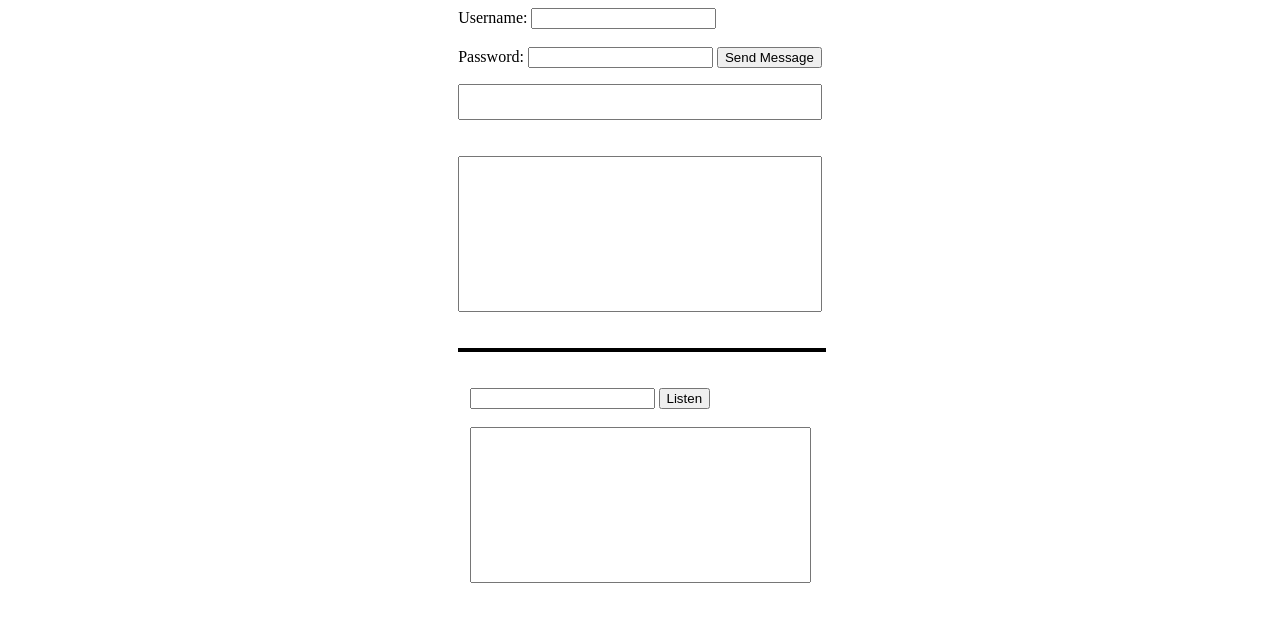
Repository: hosua/it-202
Page: http://localhost/
An editor plug-in stored every save of this project. The page is shown before and after the next save, followed by the edit.
The browser window is 1280 px wide. The pictures show the whole page.
The page is run by PHP 8.4 with error messages shown; the project is at /var/www/html/. Queries for data that is not in the repository find no rows.

Above is the page before, as saved 2022-12-02 05:22:47.

### assign5/index.php
<html>
    <div class="container">
<?php
include 'info.php';

ini_set("display_errors", 1); // debugging
ini_set("display_startup_errors", 1); // debugging

if (mysqli_connect_errno()){ echo "Failed to connect to MySQL: " . mysqli_connect_error(); exit(); }
?>

<form method=post action="index.php">
    <label for=user>Username: </label>
    <input type=text id=user name=user>
    <br> <br>
    <label for=pass>Password: </label>
    <input type=password id=pass name=pass>
    <input type="submit" value="Send Message">
</form>
<textarea readonly id=active-users name=active-users cols=20 rows=2>
<?php
// list users
$sql = "SELECT * FROM Users;";
$conn->query($sql);
?>
</textarea>
<br> <br>
<textarea id=messenger name=messenger cols=40 rows=10>
</textarea>
<br> <br>
<span class=warning id=warning>
<?php
 // error message here
?>
</span>
</div> <!-- messenger-container -->
<br> <br>
<div class=container>
    <label for=listener-name>
    <input type=text id=listener-name name=listener-name>
    <button type=button id=listener-button>Listen</button>
    <br> <br>
    <textarea id=listener name=listener cols=40 rows=10>
    </textarea>
</div> <!-- listener-container -->

<link rel="stylesheet" href="styles.css">

</html>

### assign5/info.php
<?php
	session_start();
	$dbserver= "localhost";
	$dbuser= "hoswoo";
	$dbpass = "m1z0m1z0";
	$dbname = "it202";

	$active_page = basename($_SERVER["PHP_SELF"], ".php");

	// This is how to make a .php page unvisitable.
	// User should never be able to visit this page since it only holds information and functions.
	if ( $_SERVER['REQUEST_METHOD']=='GET' && realpath(__FILE__) == realpath( $_SERVER['SCRIPT_FILENAME'] ) ) {
		header("location: index.php");
	}

	$conn = mysqli_connect($dbserver,$dbuser,$dbpass,$dbname);
	if (mysqli_connect_errno()){ echo "Failed to connect to MySQL: " . mysqli_connect_error(); exit(); }
?>

<link rel="stylesheet" href="styles.css">

### assign5/styles.css
.warning {
    border: 2px solid black;
    background-color: red;
    position: relative;
    width: 100%;
}

.container {
    display: grid;
    justify-content: center;
    align-items: center;
}

#active-users {
    resize: none;
}

#messenger {
    resize: none;
}

#listener {
    position: relative;
    width: 100%;
    resize: none;
}

After the next save:
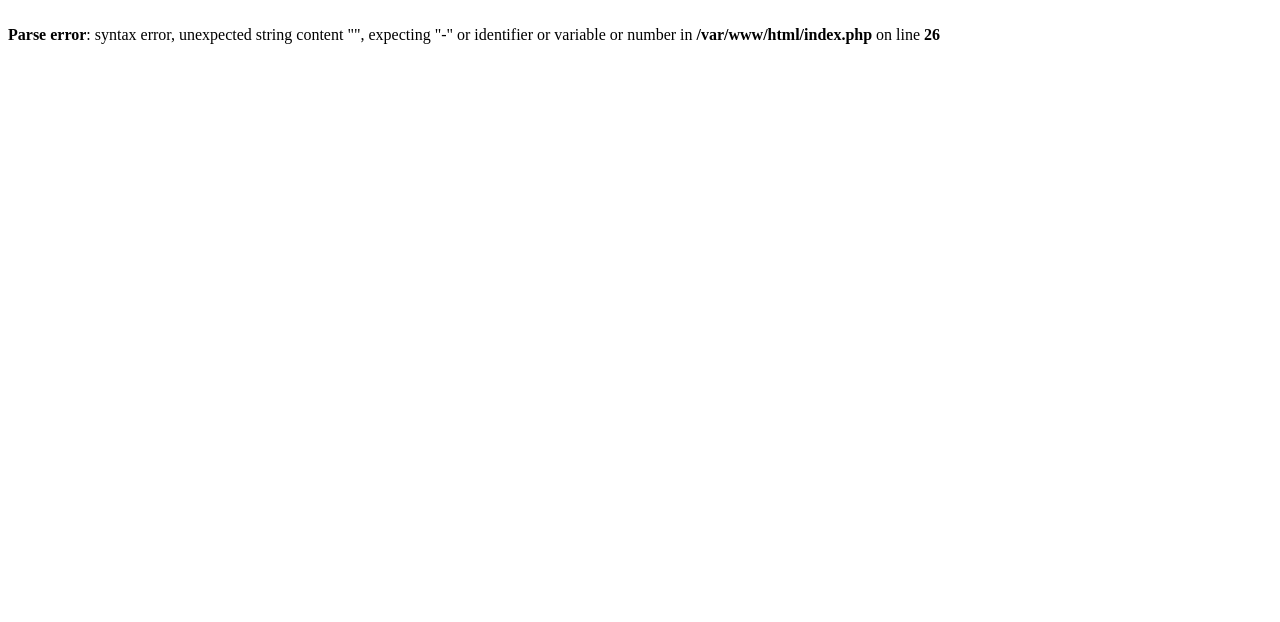
Saved 55 s later.
--- a/assign5/index.php
+++ b/assign5/index.php
@@ -22,6 +22,9 @@ if (mysqli_connect_errno()){ echo "Failed to connect to MySQL: " . mysqli_connec
 // list users
 $sql = "SELECT * FROM Users;";
 $conn->query($sql);
+while ($row = $query_res->fetch_assoc()) {
+    echo "$row['username']";
+}
 ?>
 </textarea>
 <br> <br>
